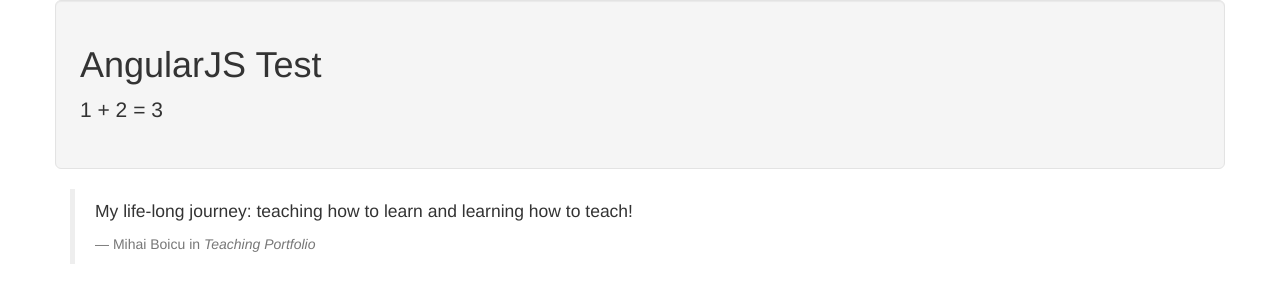
Repository: screenhunter/UMT
Page: UserManagement/war/guest/guest.html
An editor plug-in stored every save of this project. The page is shown before and after the next save, followed by the edit.
The browser window is 1280 px wide. The pictures show the whole page.

Above is the page before, as saved 2015-07-22 14:44:27.

### UserManagement/war/guest/guest.html
<!DOCTYPE html>
<!-- You must include the AngularJS application directive, ng-app or data-ng-app. -->
<html lang="en" data-ng-app>

<head>
	<!-- META information about your site -->
	<!-- This is important for allowing your public page to be correctly indexed by search engines -->
	<meta http-equiv="content-type" content="text/html; charset=UTF-8">
	<meta name="viewport" content="width=device-width, initial-scale=1">
	<meta name="description" content="Public page for a demo application allowing user management.">
	<meta name="keywords" content="User management, Groups, Demo Application">
	<meta name="author" content="Mihai Boicu, Rajat Khanna">

	<!-- TITLE -->
	<title>UMS - User Management System - Guest View</title>

	<!-- SCRIPT jQuery -->
	<!-- The following must be used in development. This is uncompressed and easy to understand -->
	<script src="/js/jquery-1.11.3.js"></script>
	<!--  The following must be used in production. This is compressed and hard to understand -->
	<!-- <script src="/js/jquery-1.11.3.min.js"></script> -->

	<!-- CSS Bootstrap -->
	<!-- This is the development CSS file. This is uncompressed and easy to understand. -->
	<link href="/css/bootstrap.css" rel="stylesheet">
	<script src="/js/bootstrap.js"></script>
	<!-- This following must be used in production. This is compressed and hard to understand. -->
	<!-- <link href="/css/bootsrap.min.css" rel="stylesheet"> -->
	<!-- <script src="/js/bootsrap.min.js"></script> -->

	<!-- AngularJS -->
	<!-- The following must be used in development. This is uncompressed and easy to understand -->
	<script type="text/javascript" src="/js/angular.js"></script>
	<script type="text/javascript" src="/js/angular-sanitize.js"></script>
	<script type="text/javascript" src="/js/angular-route.js"></script>
	<!--  The following must be used in production. This is compressed and hard to understand -->
	<!-- <script type="text/javascript" src="/js/angular.min.js"></script> -->
	<!-- <script type="text/javascript" src="/js/angular-sanitize.min.js"></script> -->
	<!-- <script type="text/javascript" src="/js/angular-route.min.js"></script> -->

	<!-- Guest CSS -->
	<link href="/css/guest.css" rel="stylesheet">

</head>

<!-- Bootstrap will spy the body and update the navigation in the
	guest-main-menu element (a navigation bar) based on the current position in the body -->
<body data-spy="scroll" data-target="#guest-main-menu">
	<div class="container">
		<div class="row well well-lg">
			<h1>AngularJS Test</h1>
			<p class="lead">1 + 2 = {{1+2}}</p>
		</div>
	</div>
	<div class="quote">
		<div class="container">
			<blockquote>
				<p>My life-long journey: teaching how to learn and learning how to teach!</p>
				<footer>Mihai Boicu in <cite title="Source Title">Teaching Portfolio</cite></footer>
			</blockquote>
		</div>
	</div>
</body>
</html>

### UserManagement/war/js/angular-sanitize.js
/**
 * @license AngularJS v1.4.3
 * (c) 2010-2015 Google, Inc. http://angularjs.org
 * License: MIT
 */
(function(window, angular, undefined) {'use strict';

/* * * * * * * * * * * * * * * * * * * * * * * * * * * * * * * * * * * * * *
 *     Any commits to this file should be reviewed with security in mind.  *
 *   Changes to this file can potentially create security vulnerabilities. *
 *          An approval from 2 Core members with history of modifying      *
 *                         this file is required.                          *
 *                                                                         *
 *  Does the change somehow allow for arbitrary javascript to be executed? *
 *    Or allows for someone to change the prototype of built-in objects?   *
 *     Or gives undesired access to variables likes document or window?    *
 * * * * * * * * * * * * * * * * * * * * * * * * * * * * * * * * * * * * * */

var $sanitizeMinErr = angular.$$minErr('$sanitize');

/**
 * @ngdoc module
 * @name ngSanitize
 * @description
 *
 * # ngSanitize
 *
 * The `ngSanitize` module provides functionality to sanitize HTML.
 *
 *
 * <div doc-module-components="ngSanitize"></div>
 *
 * See {@link ngSanitize.$sanitize `$sanitize`} for usage.
 */

/*
 * HTML Parser By Misko Hevery (misko@hevery.com)
 * based on:  HTML Parser By John Resig (ejohn.org)
 * Original code by Erik Arvidsson, Mozilla Public License
 * http://erik.eae.net/simplehtmlparser/simplehtmlparser.js
 *
 * // Use like so:
 * htmlParser(htmlString, {
 *     start: function(tag, attrs, unary) {},
 *     end: function(tag) {},
 *     chars: function(text) {},
 *     comment: function(text) {}
 * });
 *
 */


/**
 * @ngdoc service
 * @name $sanitize
 * @kind function
 *
 * @description
 *   The input is sanitized by parsing the HTML into tokens. All safe tokens (from a whitelist) are
 *   then serialized back to properly escaped html string. This means that no unsafe input can make
 *   it into the returned string, however, since our parser is more strict than a typical browser
 *   parser, it's possible that some obscure input, which would be recognized as valid HTML by a
 *   browser, won't make it through the sanitizer. The input may also contain SVG markup.
 *   The whitelist is configured using the functions `aHrefSanitizationWhitelist` and
 *   `imgSrcSanitizationWhitelist` of {@link ng.$compileProvider `$compileProvider`}.
 *
 * @param {string} html HTML input.
 * @returns {string} Sanitized HTML.
 *
 * @example
   <example module="sanitizeExample" deps="angular-sanitize.js">
   <file name="index.html">
     <script>
         angular.module('sanitizeExample', ['ngSanitize'])
           .controller('ExampleController', ['$scope', '$sce', function($scope, $sce) {
             $scope.snippet =
               '<p style="color:blue">an html\n' +
               '<em onmouseover="this.textContent=\'PWN3D!\'">click here</em>\n' +
               'snippet</p>';
             $scope.deliberatelyTrustDangerousSnippet = function() {
               return $sce.trustAsHtml($scope.snippet);
             };
           }]);
     </script>
     <div ng-controller="ExampleController">
        Snippet: <textarea ng-model="snippet" cols="60" rows="3"></textarea>
       <table>
         <tr>
           <td>Directive</td>
           <td>How</td>
           <td>Source</td>
           <td>Rendered</td>
         </tr>
         <tr id="bind-html-with-sanitize">
           <td>ng-bind-html</td>
           <td>Automatically uses $sanitize</td>
           <td><pre>&lt;div ng-bind-html="snippet"&gt;<br/>&lt;/div&gt;</pre></td>
           <td><div ng-bind-html="snippet"></div></td>
         </tr>
         <tr id="bind-html-with-trust">
           <td>ng-bind-html</td>
           <td>Bypass $sanitize by explicitly trusting the dangerous value</td>
           <td>
           <pre>&lt;div ng-bind-html="deliberatelyTrustDangerousSnippet()"&gt;
&lt;/div&gt;</pre>
           </td>
           <td><div ng-bind-html="deliberatelyTrustDangerousSnippet()"></div></td>
         </tr>
         <tr id="bind-default">
           <td>ng-bind</td>
           <td>Automatically escapes</td>
           <td><pre>&lt;div ng-bind="snippet"&gt;<br/>&lt;/div&gt;</pre></td>
           <td><div ng-bind="snippet"></div></td>
         </tr>
       </table>
       </div>
   </file>
   <file name="protractor.js" type="protractor">
     it('should sanitize the html snippet by default', function() {
       expect(element(by.css('#bind-html-with-sanitize div')).getInnerHtml()).
         toBe('<p>an html\n<em>click here</em>\nsnippet</p>');
     });

     it('should inline raw snippet if bound to a trusted value', function() {
       expect(element(by.css('#bind-html-with-trust div')).getInnerHtml()).
         toBe("<p style=\"color:blue\">an html\n" +
              "<em onmouseover=\"this.textContent='PWN3D!'\">click here</em>\n" +
              "snippet</p>");
     });

     it('should escape snippet without any filter', function() {
       expect(element(by.css('#bind-default div')).getInnerHtml()).
         toBe("&lt;p style=\"color:blue\"&gt;an html\n" +
              "&lt;em onmouseover=\"this.textContent='PWN3D!'\"&gt;click here&lt;/em&gt;\n" +
              "snippet&lt;/p&gt;");
     });

     it('should update', function() {
       element(by.model('snippet')).clear();
       element(by.model('snippet')).sendKeys('new <b onclick="alert(1)">text</b>');
       expect(element(by.css('#bind-html-with-sanitize div')).getInnerHtml()).
         toBe('new <b>text</b>');
       expect(element(by.css('#bind-html-with-trust div')).getInnerHtml()).toBe(
         'new <b onclick="alert(1)">text</b>');
       expect(element(by.css('#bind-default div')).getInnerHtml()).toBe(
         "new &lt;b onclick=\"alert(1)\"&gt;text&lt;/b&gt;");
     });
   </file>
   </example>
 */
function $SanitizeProvider() {
  this.$get = ['$$sanitizeUri', function($$sanitizeUri) {
    return function(html) {
      var buf = [];
      htmlParser(html, htmlSanitizeWriter(buf, function(uri, isImage) {
        return !/^unsafe/.test($$sanitizeUri(uri, isImage));
      }));
      return buf.join('');
    };
  }];
}

function sanitizeText(chars) {
  var buf = [];
  var writer = htmlSanitizeWriter(buf, angular.noop);
  writer.chars(chars);
  return buf.join('');
}


// Regular Expressions for parsing tags and attributes
var START_TAG_REGEXP =
       /^<((?:[a-zA-Z])[\w:-]*)((?:\s+[\w:-]+(?:\s*=\s*(?:(?:"[^"]*")|(?:'[^']*')|[^>\s]+))?)*)\s*(\/?)\s*(>?)/,
  END_TAG_REGEXP = /^<\/\s*([\w:-]+)[^>]*>/,
  ATTR_REGEXP = /([\w:-]+)(?:\s*=\s*(?:(?:"((?:[^"])*)")|(?:'((?:[^'])*)')|([^>\s]+)))?/g,
  BEGIN_TAG_REGEXP = /^</,
  BEGING_END_TAGE_REGEXP = /^<\//,
  COMMENT_REGEXP = /<!--(.*?)-->/g,
  DOCTYPE_REGEXP = /<!DOCTYPE([^>]*?)>/i,
  CDATA_REGEXP = /<!\[CDATA\[(.*?)]]>/g,
  SURROGATE_PAIR_REGEXP = /[\uD800-\uDBFF][\uDC00-\uDFFF]/g,
  // Match everything outside of normal chars and " (quote character)
  NON_ALPHANUMERIC_REGEXP = /([^\#-~| |!])/g;


// Good source of info about elements and attributes
// http://dev.w3.org/html5/spec/Overview.html#semantics
// http://simon.html5.org/html-elements

// Safe Void Elements - HTML5
// http://dev.w3.org/html5/spec/Overview.html#void-elements
var voidElements = makeMap("area,br,col,hr,img,wbr");

// Elements that you can, intentionally, leave open (and which close themselves)
// http://dev.w3.org/html5/spec/Overview.html#optional-tags
var optionalEndTagBlockElements = makeMap("colgroup,dd,dt,li,p,tbody,td,tfoot,th,thead,tr"),
    optionalEndTagInlineElements = makeMap("rp,rt"),
    optionalEndTagElements = angular.extend({},
                                            optionalEndTagInlineElements,
                                            optionalEndTagBlockElements);

// Safe Block Elements - HTML5
var blockElements = angular.extend({}, optionalEndTagBlockElements, makeMap("address,article," +
        "aside,blockquote,caption,center,del,dir,div,dl,figure,figcaption,footer,h1,h2,h3,h4,h5," +
        "h6,header,hgroup,hr,ins,map,menu,nav,ol,pre,script,section,table,ul"));

// Inline Elements - HTML5
var inlineElements = angular.extend({}, optionalEndTagInlineElements, makeMap("a,abbr,acronym,b," +
        "bdi,bdo,big,br,cite,code,del,dfn,em,font,i,img,ins,kbd,label,map,mark,q,ruby,rp,rt,s," +
        "samp,small,span,strike,strong,sub,sup,time,tt,u,var"));

// SVG Elements
// https://wiki.whatwg.org/wiki/Sanitization_rules#svg_Elements
// Note: the elements animate,animateColor,animateMotion,animateTransform,set are intentionally omitted.
// They can potentially allow for arbitrary javascript to be executed. See #11290
var svgElements = makeMap("circle,defs,desc,ellipse,font-face,font-face-name,font-face-src,g,glyph," +
        "hkern,image,linearGradient,line,marker,metadata,missing-glyph,mpath,path,polygon,polyline," +
        "radialGradient,rect,stop,svg,switch,text,title,tspan,use");

// Special Elements (can contain anything)
var specialElements = makeMap("script,style");

var validElements = angular.extend({},
                                   voidElements,
                                   blockElements,
                                   inlineElements,
                                   optionalEndTagElements,
                                   svgElements);

//Attributes that have href and hence need to be sanitized
var uriAttrs = makeMap("background,cite,href,longdesc,src,usemap,xlink:href");

var htmlAttrs = makeMap('abbr,align,alt,axis,bgcolor,border,cellpadding,cellspacing,class,clear,' +
    'color,cols,colspan,compact,coords,dir,face,headers,height,hreflang,hspace,' +
    'ismap,lang,language,nohref,nowrap,rel,rev,rows,rowspan,rules,' +
    'scope,scrolling,shape,size,span,start,summary,tabindex,target,title,type,' +
    'valign,value,vspace,width');

// SVG attributes (without "id" and "name" attributes)
// https://wiki.whatwg.org/wiki/Sanitization_rules#svg_Attributes
var svgAttrs = makeMap('accent-height,accumulate,additive,alphabetic,arabic-form,ascent,' +
    'baseProfile,bbox,begin,by,calcMode,cap-height,class,color,color-rendering,content,' +
    'cx,cy,d,dx,dy,descent,display,dur,end,fill,fill-rule,font-family,font-size,font-stretch,' +
    'font-style,font-variant,font-weight,from,fx,fy,g1,g2,glyph-name,gradientUnits,hanging,' +
    'height,horiz-adv-x,horiz-origin-x,ideographic,k,keyPoints,keySplines,keyTimes,lang,' +
    'marker-end,marker-mid,marker-start,markerHeight,markerUnits,markerWidth,mathematical,' +
    'max,min,offset,opacity,orient,origin,overline-position,overline-thickness,panose-1,' +
    'path,pathLength,points,preserveAspectRatio,r,refX,refY,repeatCount,repeatDur,' +
    'requiredExtensions,requiredFeatures,restart,rotate,rx,ry,slope,stemh,stemv,stop-color,' +
    'stop-opacity,strikethrough-position,strikethrough-thickness,stroke,stroke-dasharray,' +
    'stroke-dashoffset,stroke-linecap,stroke-linejoin,stroke-miterlimit,stroke-opacity,' +
    'stroke-width,systemLanguage,target,text-anchor,to,transform,type,u1,u2,underline-position,' +
    'underline-thickness,unicode,unicode-range,units-per-em,values,version,viewBox,visibility,' +
    'width,widths,x,x-height,x1,x2,xlink:actuate,xlink:arcrole,xlink:role,xlink:show,xlink:title,' +
    'xlink:type,xml:base,xml:lang,xml:space,xmlns,xmlns:xlink,y,y1,y2,zoomAndPan', true);

var validAttrs = angular.extend({},
                                uriAttrs,
                                svgAttrs,
                                htmlAttrs);

function makeMap(str, lowercaseKeys) {
  var obj = {}, items = str.split(','), i;
  for (i = 0; i < items.length; i++) {
    obj[lowercaseKeys ? angular.lowercase(items[i]) : items[i]] = true;
  }
  return obj;
}


/**
 * @example
 * htmlParser(htmlString, {
 *     start: function(tag, attrs, unary) {},
 *     end: function(tag) {},
 *     chars: function(text) {},
 *     comment: function(text) {}
 * });
 *
 * @param {string} html string
 * @param {object} handler
 */
function htmlParser(html, handler) {
  if (typeof html !== 'string') {
    if (html === null || typeof html === 'undefined') {
      html = '';
    } else {
      html = '' + html;
    }
  }
  var index, chars, match, stack = [], last = html, text;
  stack.last = function() { return stack[stack.length - 1]; };

  while (html) {
    text = '';
    chars = true;

    // Make sure we're not in a script or style element
    if (!stack.last() || !specialElements[stack.last()]) {

      // Comment
      if (html.indexOf("<!--") === 0) {
        // comments containing -- are not allowed unless they terminate the comment
        index = html.indexOf("--", 4);

        if (index >= 0 && html.lastIndexOf("-->", index) === index) {
          if (handler.comment) handler.comment(html.substring(4, index));
          html = html.substring(index + 3);
          chars = false;
        }
      // DOCTYPE
      } else if (DOCTYPE_REGEXP.test(html)) {
        match = html.match(DOCTYPE_REGEXP);

        if (match) {
          html = html.replace(match[0], '');
          chars = false;
        }
      // end tag
      } else if (BEGING_END_TAGE_REGEXP.test(html)) {
        match = html.match(END_TAG_REGEXP);

        if (match) {
          html = html.substring(match[0].length);
          match[0].replace(END_TAG_REGEXP, parseEndTag);
          chars = false;
        }

      // start tag
      } else if (BEGIN_TAG_REGEXP.test(html)) {
        match = html.match(START_TAG_REGEXP);

        if (match) {
          // We only have a valid start-tag if there is a '>'.
          if (match[4]) {
            html = html.substring(match[0].length);
            match[0].replace(START_TAG_REGEXP, parseStartTag);
          }
          chars = false;
        } else {
          // no ending tag found --- this piece should be encoded as an entity.
          text += '<';
          html = html.substring(1);
        }
      }

      if (chars) {
        index = html.indexOf("<");

        text += index < 0 ? html : html.substring(0, index);
        html = index < 0 ? "" : html.substring(index);

        if (handler.chars) handler.chars(decodeEntities(text));
      }

    } else {
      // IE versions 9 and 10 do not understand the regex '[^]', so using a workaround with [\W\w].
      html = html.replace(new RegExp("([\\W\\w]*)<\\s*\\/\\s*" + stack.last() + "[^>]*>", 'i'),
        function(all, text) {
          text = text.replace(COMMENT_REGEXP, "$1").replace(CDATA_REGEXP, "$1");

          if (handler.chars) handler.chars(decodeEntities(text));

          return "";
      });

      parseEndTag("", stack.last());
    }

    if (html == last) {
      throw $sanitizeMinErr('badparse', "The sanitizer was unable to parse the following block " +
                                        "of html: {0}", html);
    }
    last = html;
  }

  // Clean up any remaining tags
  parseEndTag();

  function parseStartTag(tag, tagName, rest, unary) {
    tagName = angular.lowercase(tagName);
    if (blockElements[tagName]) {
      while (stack.last() && inlineElements[stack.last()]) {
        parseEndTag("", stack.last());
      }
    }

    if (optionalEndTagElements[tagName] && stack.last() == tagName) {
      parseEndTag("", tagName);
    }

    unary = voidElements[tagName] || !!unary;

    if (!unary) {
      stack.push(tagName);
    }

    var attrs = {};

    rest.replace(ATTR_REGEXP,
      function(match, name, doubleQuotedValue, singleQuotedValue, unquotedValue) {
        var value = doubleQuotedValue
          || singleQuotedValue
          || unquotedValue
          || '';

        attrs[name] = decodeEntities(value);
    });
    if (handler.start) handler.start(tagName, attrs, unary);
  }

  function parseEndTag(tag, tagName) {
    var pos = 0, i;
    tagName = angular.lowercase(tagName);
    if (tagName) {
      // Find the closest opened tag of the same type
      for (pos = stack.length - 1; pos >= 0; pos--) {
        if (stack[pos] == tagName) break;
      }
    }

    if (pos >= 0) {
      // Close all the open elements, up the stack
      for (i = stack.length - 1; i >= pos; i--)
        if (handler.end) handler.end(stack[i]);

      // Remove the open elements from the stack
      stack.length = pos;
    }
  }
}

var hiddenPre=document.createElement("pre");
/**
 * decodes all entities into regular string
 * @param value
 * @returns {string} A string with decoded entities.
 */
function decodeEntities(value) {
  if (!value) { return ''; }

  hiddenPre.innerHTML = value.replace(/</g,"&lt;");
  // innerText depends on styling as it doesn't display hidden elements.
  // Therefore, it's better to use textContent not to cause unnecessary reflows.
  return hiddenPre.textContent;
}

/**
 * Escapes all potentially dangerous characters, so that the
 * resulting string can be safely inserted into attribute or
 * element text.
 * @param value
 * @returns {string} escaped text
 */
function encodeEntities(value) {
  return value.
    replace(/&/g, '&amp;').
    replace(SURROGATE_PAIR_REGEXP, function(value) {
      var hi = value.charCodeAt(0);
      var low = value.charCodeAt(1);
      return '&#' + (((hi - 0xD800) * 0x400) + (low - 0xDC00) + 0x10000) + ';';
    }).
    replace(NON_ALPHANUMERIC_REGEXP, function(value) {
      return '&#' + value.charCodeAt(0) + ';';
    }).
    replace(/</g, '&lt;').
    replace(/>/g, '&gt;');
}

/**
 * create an HTML/XML writer which writes to buffer
 * @param {Array} buf use buf.jain('') to get out sanitized html string
 * @returns {object} in the form of {
 *     start: function(tag, attrs, unary) {},
 *     end: function(tag) {},
 *     chars: function(text) {},
 *     comment: function(text) {}
 * }
 */
function htmlSanitizeWriter(buf, uriValidator) {
  var ignore = false;
  var out = angular.bind(buf, buf.push);
  return {
    start: function(tag, attrs, unary) {
      tag = angular.lowercase(tag);
      if (!ignore && specialElements[tag]) {
        ignore = tag;
      }
      if (!ignore && validElements[tag] === true) {
        out('<');
        out(tag);
        angular.forEach(attrs, function(value, key) {
          var lkey=angular.lowercase(key);
          var isImage = (tag === 'img' && lkey === 'src') || (lkey === 'background');
          if (validAttrs[lkey] === true &&
            (uriAttrs[lkey] !== true || uriValidator(value, isImage))) {
            out(' ');
            out(key);
            out('="');
            out(encodeEntities(value));
            out('"');
          }
        });
        out(unary ? '/>' : '>');
      }
    },
    end: function(tag) {
        tag = angular.lowercase(tag);
        if (!ignore && validElements[tag] === true) {
          out('</');
          out(tag);
          out('>');
        }
        if (tag == ignore) {
          ignore = false;
        }
      },
    chars: function(chars) {
        if (!ignore) {
          out(encodeEntities(chars));
        }
      }
  };
}


// define ngSanitize module and register $sanitize service
angular.module('ngSanitize', []).provider('$sanitize', $SanitizeProvider);

/* global sanitizeText: false */

/**
 * @ngdoc filter
 * @name linky
 * @kind function
 *
 * @description
 * Finds links in text input and turns them into html links. Supports http/https/ftp/mailto and
 * plain email address links.
 *
 * Requires the {@link ngSanitize `ngSanitize`} module to be installed.
 *
 * @param {string} text Input text.
 * @param {string} target Window (_blank|_self|_parent|_top) or named frame to open links in.
 * @returns {string} Html-linkified text.
 *
 * @usage
   <span ng-bind-html="linky_expression | linky"></span>
 *
 * @example
   <example module="linkyExample" deps="angular-sanitize.js">
     <file name="index.html">
       <script>
         angular.module('linkyExample', ['ngSanitize'])
           .controller('ExampleController', ['$scope', function($scope) {
             $scope.snippet =
               'Pretty text with some links:\n'+
               'http://angularjs.org/,\n'+
               'mailto:us@somewhere.org,\n'+
               'another@somewhere.org,\n'+
               'and one more: ftp://127.0.0.1/.';
             $scope.snippetWithTarget = 'http://angularjs.org/';
           }]);
       </script>
       <div ng-controller="ExampleController">
       Snippet: <textarea ng-model="snippet" cols="60" rows="3"></textarea>
       <table>
         <tr>
           <td>Filter</td>
           <td>Source</td>
           <td>Rendered</td>
         </tr>
         <tr id="linky-filter">
           <td>linky filter</td>
           <td>
             <pre>&lt;div ng-bind-html="snippet | linky"&gt;<br>&lt;/div&gt;</pre>
           </td>
           <td>
             <div ng-bind-html="snippet | linky"></div>
           </td>
         </tr>
         <tr id="linky-target">
          <td>linky target</td>
          <td>
            <pre>&lt;div ng-bind-html="snippetWithTarget | linky:'_blank'"&gt;<br>&lt;/div&gt;</pre>
          </td>
          <td>
            <div ng-bind-html="snippetWithTarget | linky:'_blank'"></div>
          </td>
         </tr>
         <tr id="escaped-html">
           <td>no filter</td>
           <td><pre>&lt;div ng-bind="snippet"&gt;<br>&lt;/div&gt;</pre></td>
           <td><div ng-bind="snippet"></div></td>
         </tr>
       </table>
     </file>
     <file name="protractor.js" type="protractor">
       it('should linkify the snippet with urls', function() {
         expect(element(by.id('linky-filter')).element(by.binding('snippet | linky')).getText()).
             toBe('Pretty text with some links: http://angularjs.org/, us@somewhere.org, ' +
                  'another@somewhere.org, and one more: ftp://127.0.0.1/.');
         expect(element.all(by.css('#linky-filter a')).count()).toEqual(4);
       });

       it('should not linkify snippet without the linky filter', function() {
         expect(element(by.id('escaped-html')).element(by.binding('snippet')).getText()).
             toBe('Pretty text with some links: http://angularjs.org/, mailto:us@somewhere.org, ' +
                  'another@somewhere.org, and one more: ftp://127.0.0.1/.');
         expect(element.all(by.css('#escaped-html a')).count()).toEqual(0);
       });

       it('should update', function() {
         element(by.model('snippet')).clear();
         element(by.model('snippet')).sendKeys('new http://link.');
         expect(element(by.id('linky-filter')).element(by.binding('snippet | linky')).getText()).
             toBe('new http://link.');
         expect(element.all(by.css('#linky-filter a')).count()).toEqual(1);
         expect(element(by.id('escaped-html')).element(by.binding('snippet')).getText())
             .toBe('new http://link.');
       });

       it('should work with the target property', function() {
        expect(element(by.id('linky-target')).
            element(by.binding("snippetWithTarget | linky:'_blank'")).getText()).
            toBe('http://angularjs.org/');
        expect(element(by.css('#linky-target a')).getAttribute('target')).toEqual('_blank');
       });
     </file>
   </example>
 */
angular.module('ngSanitize').filter('linky', ['$sanitize', function($sanitize) {
  var LINKY_URL_REGEXP =
        /((ftp|https?):\/\/|(www\.)|(mailto:)?[A-Za-z0-9._%+-]+@)\S*[^\s.;,(){}<>"”’]/i,
      MAILTO_REGEXP = /^mailto:/i;

  return function(text, target) {
    if (!text) return text;
    var match;
    var raw = text;
    var html = [];
    var url;
    var i;
    while ((match = raw.match(LINKY_URL_REGEXP))) {
      // We can not end in these as they are sometimes found at the end of the sentence
      url = match[0];
      // if we did not match ftp/http/www/mailto then assume mailto
      if (!match[2] && !match[4]) {
        url = (match[3] ? 'http://' : 'mailto:') + url;
      }
      i = match.index;
      addText(raw.substr(0, i));
      addLink(url, match[0].replace(MAILTO_REGEXP, ''));
      raw = raw.substring(i + match[0].length);
    }
    addText(raw);
    return $sanitize(html.join(''));

    function addText(text) {
      if (!text) {
        return;
      }
      html.push(sanitizeText(text));
    }

    function addLink(url, text) {
      html.push('<a ');
      if (angular.isDefined(target)) {
        html.push('target="',
                  target,
                  '" ');
      }
      html.push('href="',
                url.replace(/"/g, '&quot;'),
                '">');
      addText(text);
      html.push('</a>');
    }
  };
}]);


})(window, window.angular);

### UserManagement/war/css/guest.css
body {
	position: relative;
}
.menu-link {
	padding-top: 70px;
}

Loaded but not shown: UserManagement/war/js/jquery-1.11.3.js (library); UserManagement/war/css/bootstrap.css (library); UserManagement/war/js/bootstrap.js (library); UserManagement/war/js/angular.js (library); UserManagement/war/js/angular-route.js (992 lines, source omitted)

After the next save:
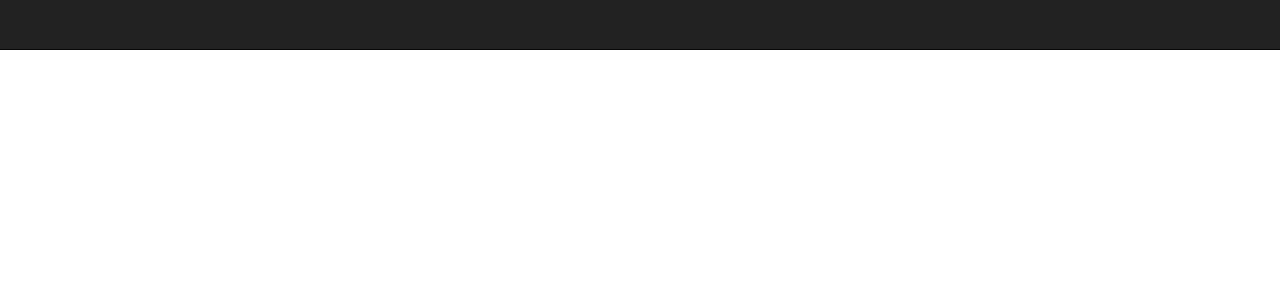
Saved 4 days later.
--- a/UserManagement/war/guest/guest.html
+++ b/UserManagement/war/guest/guest.html
@@ -46,19 +46,10 @@
 <!-- Bootstrap will spy the body and update the navigation in the
 	guest-main-menu element (a navigation bar) based on the current position in the body -->
 <body data-spy="scroll" data-target="#guest-main-menu">
-	<div class="container">
-		<div class="row well well-lg">
-			<h1>AngularJS Test</h1>
-			<p class="lead">1 + 2 = {{1+2}}</p>
-		</div>
-	</div>
-	<div class="quote">
+	<!-- MAIN MENU AT THE TOP OF THE PAGE -->
+	<nav class="navbar navbar-default navbar-fixed-top navbar-inverse" id="guest-main-menu">
 		<div class="container">
-			<blockquote>
-				<p>My life-long journey: teaching how to learn and learning how to teach!</p>
-				<footer>Mihai Boicu in <cite title="Source Title">Teaching Portfolio</cite></footer>
-			</blockquote>
-		</div>
-	</div>
+		</div> <!-- Container for main menu -->
+	</nav> <!-- Navigation bar at the top for main menu -->
 </body>
 </html>
